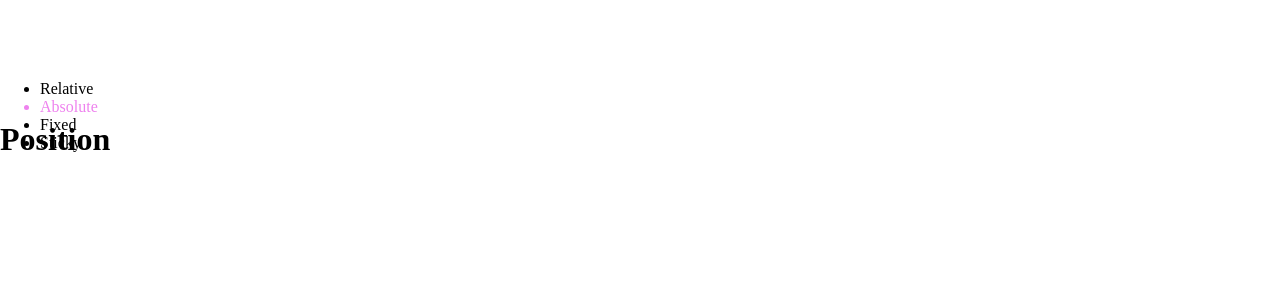
Repository: critdang/electro_store
Page: javascript_project/HTML &CSS practice/index.html
An editor plug-in stored every save of this project. The page is shown before and after the next save, followed by the edit.
The browser window is 1280 px wide. The pictures show the whole page.

Above is the page before, as saved 2021-10-03 21:37:15.

### javascript_project/HTML &CSS practice/index.html
<!DOCTYPE html>
<html lang="en">
    <head>
        <meta charset="UTF-8">
        <meta http-equiv="X-UA-Compatible" content="IE=edge">
        <meta name="viewport" content="width=device-width, initial-scale=1.0">
        <title>Document</title>
        <style>
            html,body{
                margin:0
            }
            h1{
                position:relative;
                top: 100px;
            }
            li:nth-of-type(2){
                color: violet;
            }
        </style>
    </head>
    <body>
        <h1>Position</h1>
        <ul>
            <li>Relative</li>
            <!-- Phụ thuộc thẻ cha gần nhất có thuộc tính position -->
            <li>Absolute</li>
            <li>Fixed</li>
            <li>Sticky</li>
        </ul>

        </div>
    </body>
</html>

After the next save:
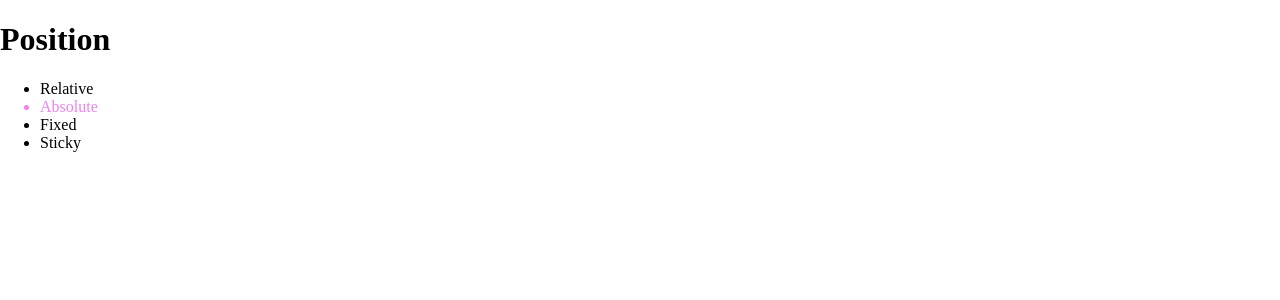
Saved 6 s later.
--- a/javascript_project/HTML &CSS practice/index.html
+++ b/javascript_project/HTML &CSS practice/index.html
@@ -9,10 +9,7 @@
             html,body{
                 margin:0
             }
-            h1{
-                position:relative;
-                top: 100px;
-            }
+
             li:nth-of-type(2){
                 color: violet;
             }
